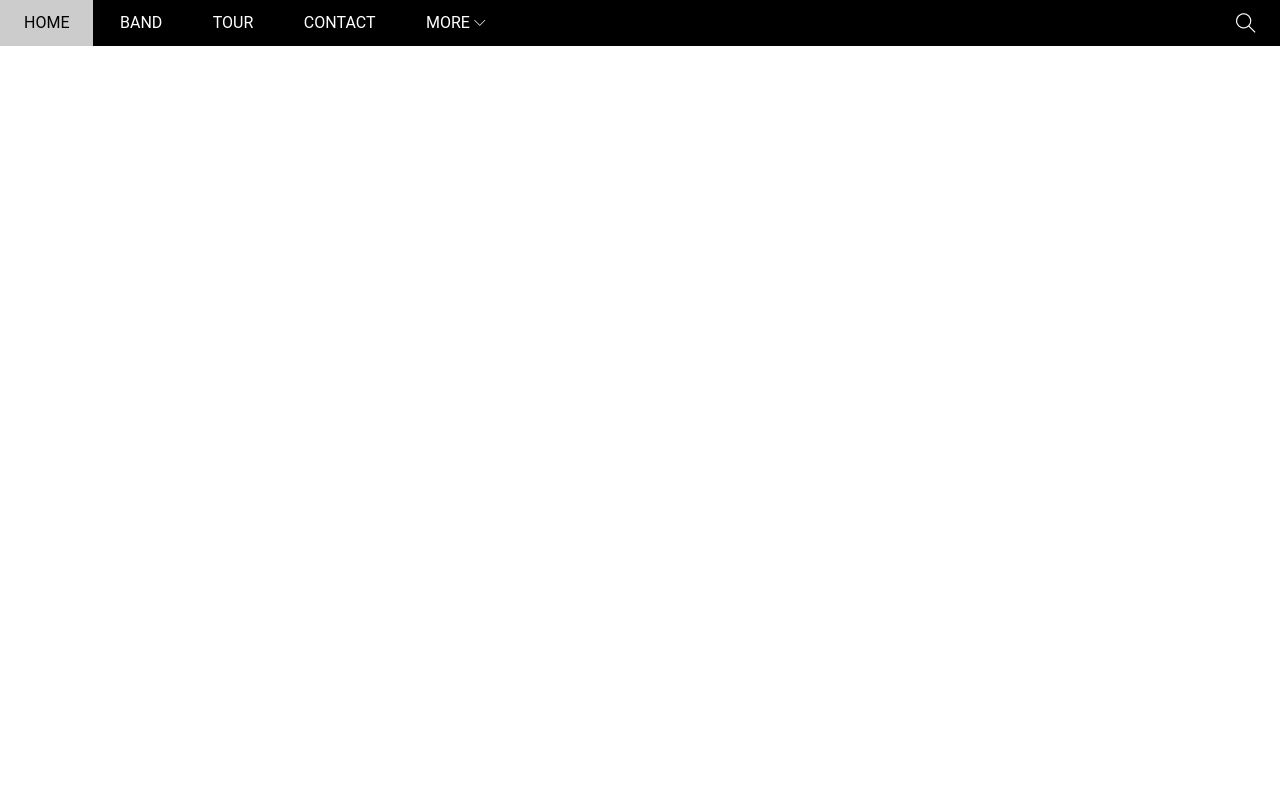
Repository: vuongld315/myLandingPage
Page: index.html
The author's editor kept a copy of each file at every save. The page is drawn from the files as they stood at one save, then again after a run of saves.
The browser window is 1280 px wide. The pictures show the whole page.

Above is the page before, as saved 2022-07-22 12:49:58.

### index.html
<!DOCTYPE html>
<html lang="en">
<head>
    <meta charset="UTF-8">
    <meta http-equiv="X-UA-Compatible" content="IE=edge">
    <meta name="viewport" content="width=device-width, initial-scale=1.0">
    <title>Document</title>
    <link rel="stylesheet" href="./assets/css/main.css">
    <link rel="stylesheet" href="./assets/css/base.css">
    <link rel="stylesheet" href="./assets/fonts/themify-icons/themify-icons.css">
</head>
<body>
    <div id="main">
        <div id="header">
            <div id="nav">
                <ul>
                    <li><a href="">Home</a></li>
                    <li><a href="">Band</a></li>
                    <li><a href="">Tour</a></li>
                    <li><a href="">Contact</a></li>
                    <li>
                        <a href="#">
                            More
                            <i class="nav-arrow-down ti-angle-down"></i>
                        </a>
                        <ul class="subnav">
                            <li><a href="">Merchadise</a></li>
                            <li><a href="">Extras</a></li>
                            <li><a href="">Media</a></li>
                        </ul>
                    </li>
                </ul>
            </div>
            <div class="search-btn">
                <i class="search-icon ti-search"></i>
            </div>
        </div>

        <div id="slider">

        </div>

        <div id="content">

        </div>

        <div id="footer">

        </div>
    </div>
</body>
</html>

### assets/css/main.css
*   {
    box-sizing: inherit;
}

body    {
    padding-bottom:100px ;
}

html    {
    font-size: 62.5%;
    line-height: 1.6rem;
    font-family: 'Roboto', sans-serif;
    box-sizing: border-box;
}

.gird   {
    width: 1200px;
    max-width: 100%;
    margin: 0 auto;
}

.gird__full-width   {
    width: 100%;
}

.gird__row  {
    display: flex;
    flex-wrap: wrap;
}

body    {
    margin: 0;
    padding: 0;
}

#header {
    height: 46px;
    background-color: #000;
    display: flex;
    align-items: center;
    justify-content: space-between;
    position: fixed;
    top: 0;
    right: 0;
    left: 0;
}

#nav ul {
    padding: 0;
}

#nav li {
    display: inline-block;
    position: relative;
}

#nav > ul > li > a   {
    color: #fff;
    text-transform: uppercase;
    padding: 0 24px;
    line-height: 46px;
}

#nav li a   {
    text-decoration: none;
    font-size: 1.6rem;
    display: inline-block;

}

#nav .subnav li:hover,
#nav > ul > li:hover > a {
    color:#000;
    background-color: #ccc;

}

#nav > ul > li:hover .subnav    {
    display: block;
}

#nav .subnav    {
    display: none;
    position: absolute;
    background-color: #fff;
    width: 160px;
    box-shadow: 0 0 10px rgba(0 ,0 ,0 , .3);
}

#nav .subnav li {
    width: 100%;
    list-style: none;
    padding: 12px;

}

#nav .subnav a  {
    color: #000;
    font-size: 1.4rem;
}

.nav-arrow-down {
    font-size: 1.2rem;
}

#header .search-btn {
    font-size: 20px;
    color: #fff;
    padding: 13px 24px;
    height: 100%;
}

#header .search-btn:hover   {
    background-color: #f44336;
    cursor: pointer;
}

#slider {
    min-height: 500px;
    background-color: #333;
    margin-top: 46px;
    padding-top: 50%;
    background: url();
}

#content {

}

#footer {

}

### assets/css/base.css
*   {
    box-sizing: inherit;
}

body    {
    padding-bottom:100px ;
}

html    {
    font-size: 62.5%;
    line-height: 1.6rem;
    font-family: 'Roboto', sans-serif;
    box-sizing: border-box;
}

.gird   {
    width: 1200px;
    max-width: 100%;
    margin: 0 auto;
}

.gird__full-width   {
    width: 100%;
}

.gird__row  {
    display: flex;
    flex-wrap: wrap;
}

Loaded but not shown: assets/fonts/themify-icons/themify-icons.css (common file)

After the next 4 saves:
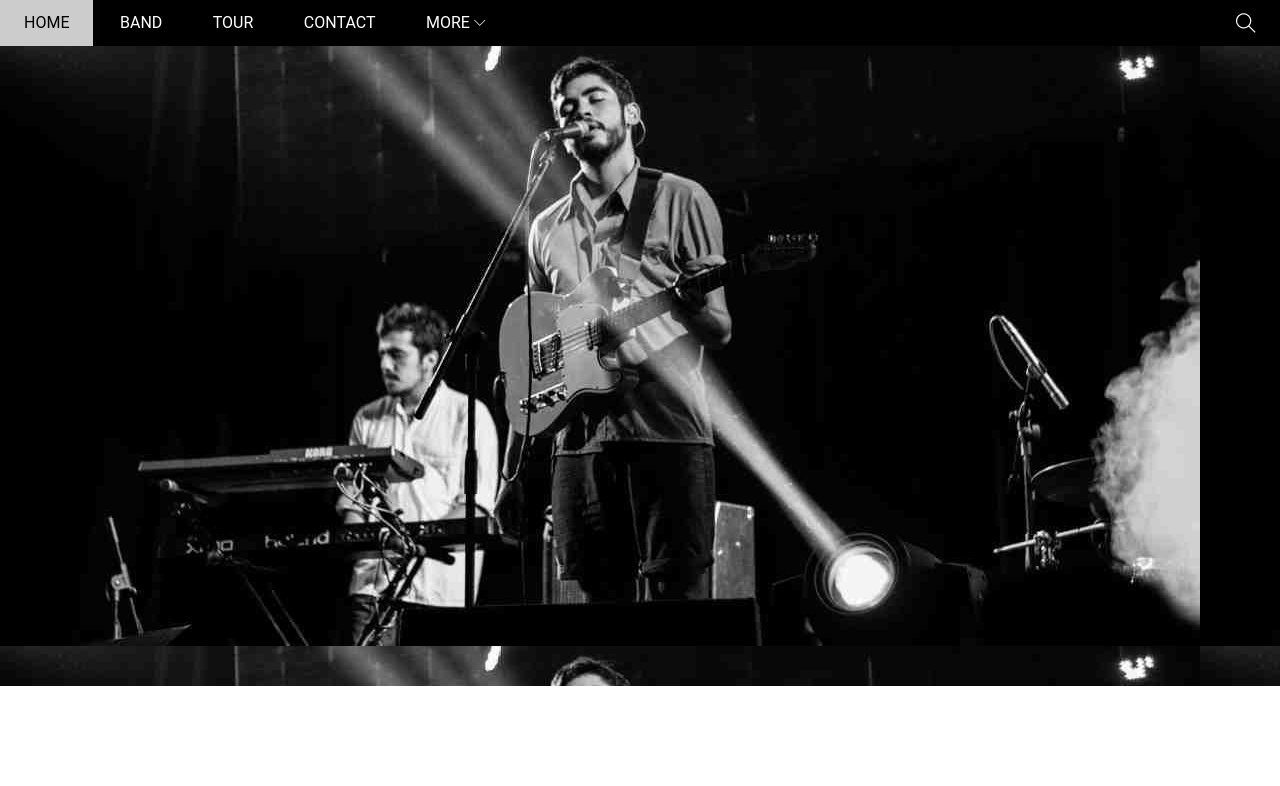
The 4 saves are shown as one change because they came seconds apart.
The last was saved 36 s later.
--- a/assets/css/main.css
+++ b/assets/css/main.css
@@ -120,7 +120,7 @@ body    {
     background-color: #333;
     margin-top: 46px;
     padding-top: 50%;
-    background: url();
+    background: url('/assets/img/slider1.jpg');
 }
 
 #content {
